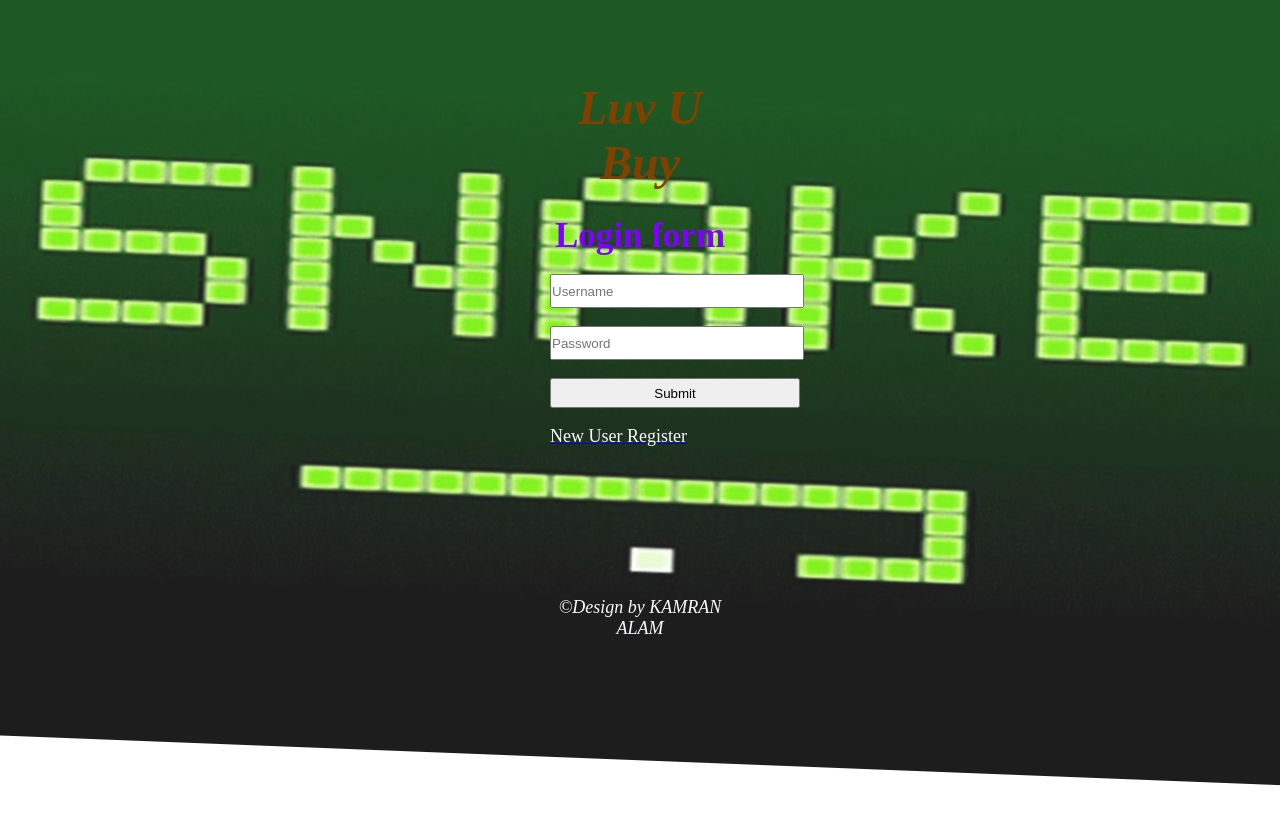
Repository: Syeda-Somiya-Tasnim/Game-Develepment-Project
Page: templates/loginluv.html
An editor plug-in stored every save of this project. The page is shown before and after the next save, followed by the edit.
The browser window is 1280 px wide. The pictures show the whole page.

Above is the page before, as saved 2020-12-01 23:40:52.

After the next save:
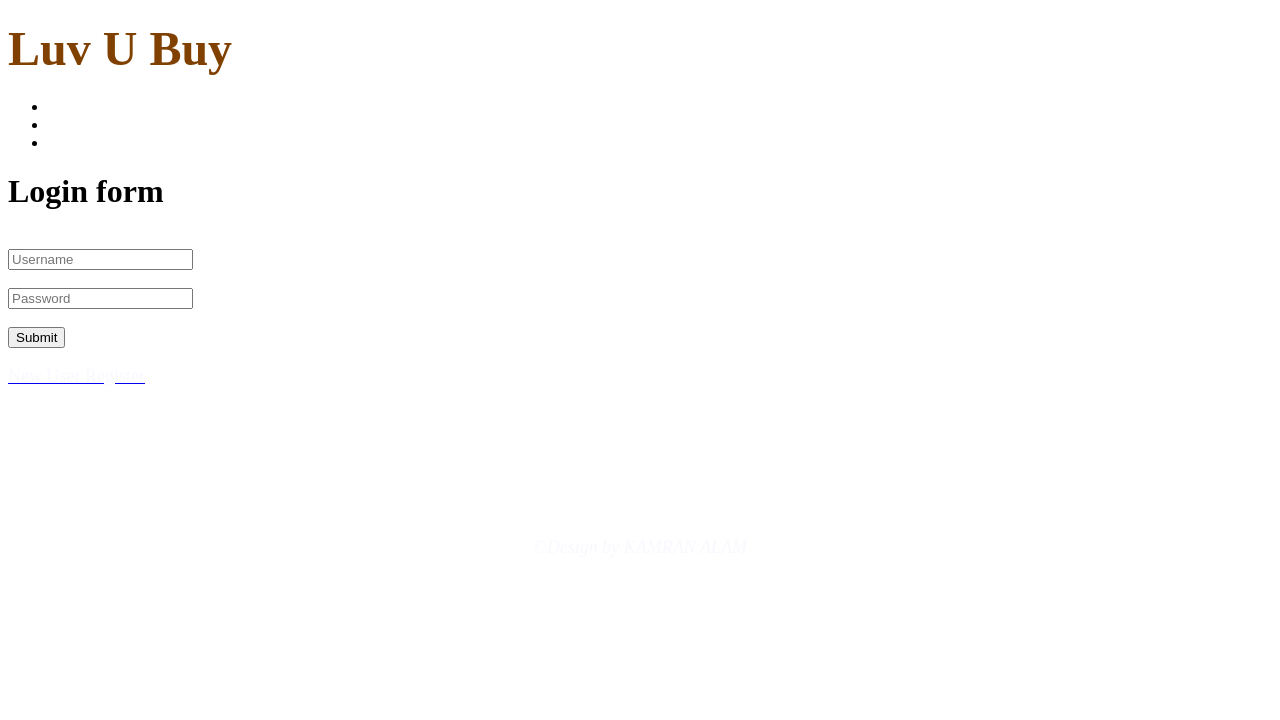
Saved 9 s later.
--- a/templates/loginluv.html
+++ b/templates/loginluv.html
@@ -2,7 +2,6 @@
 <head>
 <meta charset="ISO-8859-1">
 <title>play in one gaming website</title>
-<link href="loginluv.css" rel="stylesheet" type="text/css">
 
 </head>
 <body>
